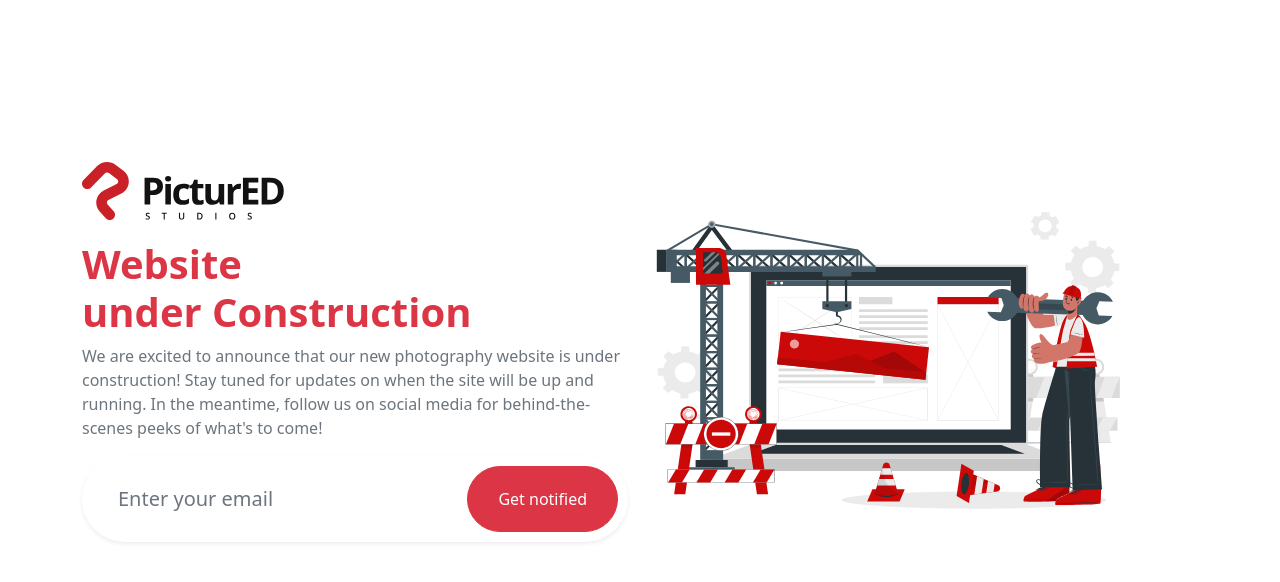
Repository: tHEO2k17/pictured
Page: /
The author's editor kept a copy of each file at every save. The page is drawn from the files as they stood at one save, then again after the next save.
The browser window is 1280 px wide. The pictures show the whole page.
The project was rebuilt for these pictures with package versions that can differ from the ones it lists, and the page was loaded fresh each time.

Above is the page before, as saved 2022-09-14 14:30:09.

After the next save:
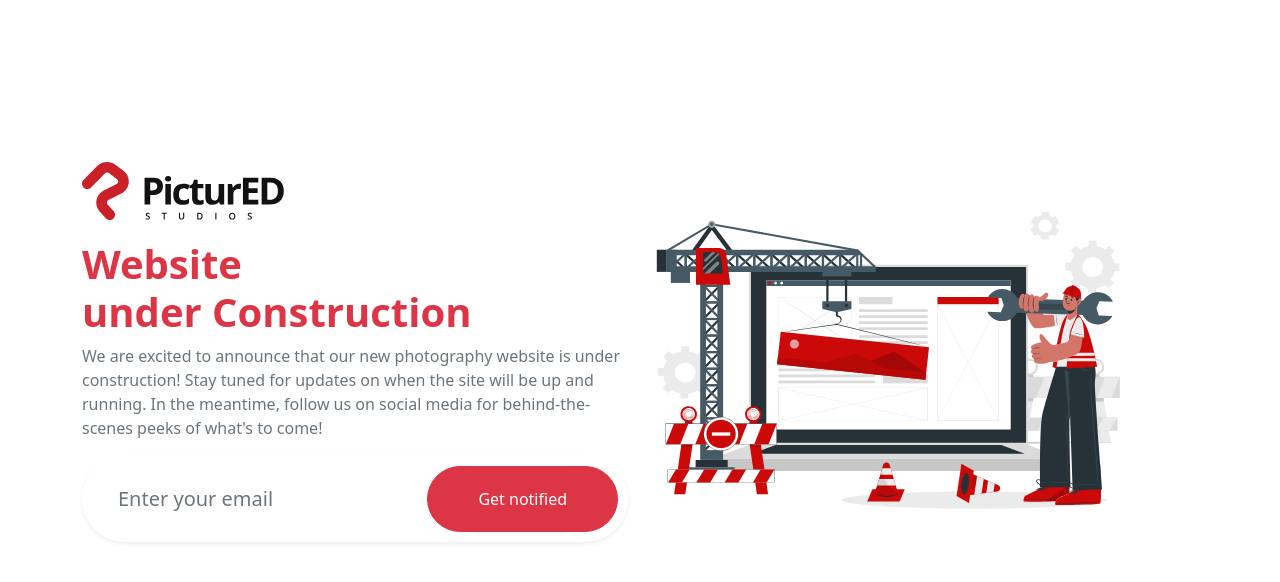
Saved 11 s later.
--- a/src/index.scss
+++ b/src/index.scss
@@ -10,7 +10,7 @@
   margin-left: 20px;
   border-radius: 50px;
   font-size: 16px;
-  padding: 20px 30px 20px 30px ;
+  padding: 20px 50px 20px 50px ;
 }
 
 .form-control {
